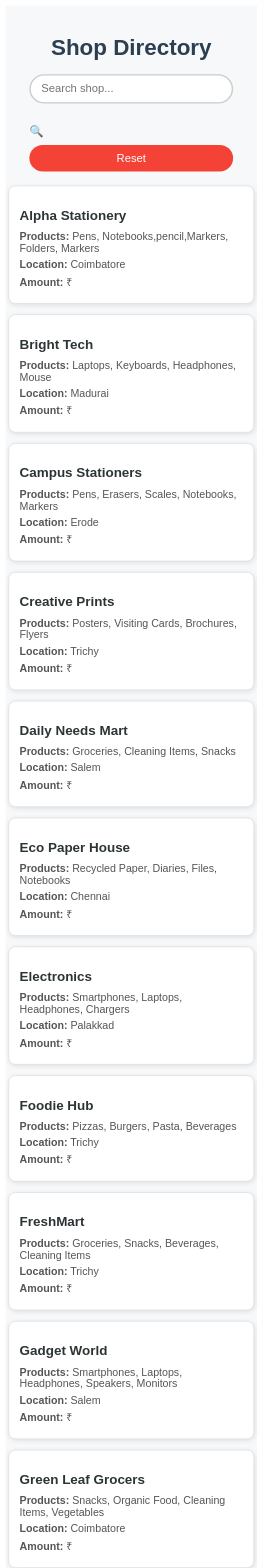
Repository: Pavithra-09git/CarSort
Page: /
An editor plug-in stored every save of this project. The page is shown before and after the next save, followed by the edit.
The browser window is 375 px wide. The page is 375 px wide, then 387 px, so the pictures cover 387 px, including what lies to the right of the window. The pictures show the part of the page from y = 0 to 2240 px (the page is 5728 px tall before and 5757 px after), at 70% of full size.
The project was rebuilt for these pictures with package versions that can differ from the ones it lists, and the page was loaded fresh each time. Also part of the build but not shown: vite.config.js.

Above is the page before, as saved 2025-10-26 12:50:11.

### index.html
<!doctype html>
<html lang="en">
  <head>
    <meta charset="UTF-8" />
    <link rel="icon" type="image/svg+xml" href="/vite.svg" />
    <meta name="viewport" content="width=device-width, initial-scale=1.0" />
    <title>table</title>
  </head>
  <body>
    <div id="root"></div>
    <script type="module" src="/src/main.jsx"></script>
  </body>
</html>

### src/App.jsx
import React, { useState } from "react";
import { shops } from './data';
import "./App.css";

function App() {
  const [search, setSearch] = useState("");
  const [filteredShops, setFilteredShops] = useState(null);

  const sortedShops = [...shops].sort((a, b) =>
    a.name.trim().toLowerCase().localeCompare(b.name.trim().toLowerCase())
  );

  const handleSearch = () => {
    if (!search.trim()) {
      setFilteredShops(null);
      return;
    }

    const result = sortedShops
      .filter(
        (shop) =>
          shop.name.toLowerCase().includes(search.toLowerCase().trim()) ||
          shop.products.toLowerCase().includes(search.toLowerCase().trim())
      )
      .sort((a, b) =>
        a.name.trim().toLowerCase().localeCompare(b.name.trim().toLowerCase())
      );

    setFilteredShops(result);
  };

  const handleReset = () => {
    setSearch("");
    setFilteredShops(null);
  };

  const displayShops = filteredShops || sortedShops;

  return (
    <div className="container">
      <h1>Shop Directory</h1>

     <div className="search-container">
  <div className="search-box-wrapper">
    <input
      type="text"
      placeholder="Search shop..."
      value={search}
      onChange={(e) => setSearch(e.target.value)}
      className="search-box"
    />
    <span className="search-icon" onClick={handleSearch}>🔍</span>
  </div>
  <button onClick={handleReset} className="reset-btn">Reset</button>
</div>


      <div className="card-column">
        {displayShops.map((shop) => (
          <div className="card" key={shop.id}>
            <h2>{shop.name}</h2>
            <p><strong>Products:</strong> {shop.products}</p>
            <p><strong>Location:</strong> {shop.location}</p>
            <p><strong>Amount:</strong> ₹{shop.amount}</p>
          </div>
        ))}
      </div>
    </div>
  );
}

export default App;

### src/data.js
export const shops = [
  { id: 1, name:"Alpha Stationery", products: "Pens, Notebooks,pencil,Markers, Folders, Markers", location: "Coimbatore" },
  { id: 2, name:"Eco Paper House", products: "Recycled Paper, Diaries, Files, Notebooks", location: "Chennai" },
  { id: 3, name:"Campus Stationers", products: "Pens, Erasers, Scales, Notebooks, Markers", location: "Erode" },
  { id: 4, name:"Paper World", products: "Files, Diaries, Folders, A4 Sheets, Notebooks", location: "Chennai" },
  { id: 5, name:"Office Essentials", products: "Pens, Files, Notebooks, Diaries, Staplers", location: "Madurai" },
  { id: 6, name:"Stationery Hub", products: "Pens, Notebooks, Pencils, Markers", location: "Palakkad" },
  { id: 7, name:"Notebook Planet", products: "Notebooks, Diaries,pencil Folders, Pens", location: "Palakkad" },
  { id: 8, name:"Bright Tech", products: "Laptops, Keyboards, Headphones, Mouse", location: "Madurai" },
  { id: 9, name: "Smart Gadgets Hub", products: "Smartphones, Chargers, Speakers, Headphones", location: "Coimbatore" },
  { id: 10, name:"Techno Zone", products: "Laptops, Mouse, Monitors, Chargers, Keyboards", location: "Trichy" },
  { id: 11, name:"Gadget World", products: "Smartphones, Laptops, Headphones, Speakers, Monitors", location: "Salem" },
  { id: 12, name: "Electronics", products: "Smartphones, Laptops, Headphones, Chargers", location: "Palakkad" },
  { id: 13, name:"Daily Needs Mart", products: "Groceries, Cleaning Items, Snacks", location: "Salem" },
  { id: 14, name:"Green Leaf Grocers", products: "Snacks, Organic Food, Cleaning Items, Vegetables", location: "Coimbatore" },
  { id: 15, name:"Home Essentials", products: "Cleaning Items, Groceries, Snacks, Toiletries", location: "Salem" },
  { id: 16, name:"QuickMart", products: "Groceries, Beverages, Snacks, Household Items", location: "Chennai" },
  { id: 17, name:"Grocery Hub", products: "Snacks, Beverages, Cleaning Items, Fresh Vegetables", location: "Palakkad" },
  { id: 18, name:"FreshMart", products: "Groceries, Snacks, Beverages, Cleaning Items", location: "Trichy" },
  { id: 19, name:"Tasty Treats", products: "Burgers, Pizzas, Sandwiches, Beverages", location: "Chennai" },
  { id: 20, name:"Healthy Bites", products: "Salads, Smoothies, Sandwiches, Juices", location: "Coimbatore" },
  { id: 21, name:"Foodie Hub", products: "Pizzas, Burgers, Pasta, Beverages", location: "Trichy" },
  { id: 22, name: "Snacks Corner", products: "Snacks, Beverages, Burgers, Sandwiches", location: "Palakkad" },
  { id: 23, name: "Snack Attack", products: "Burgers, Sandwiches, Fries, Beverages", location: "Madurai" },
  { id: 24, name: "Knowledge Academy", products: "Books, Stationery, Educational Kits", location: "Madurai" },
  { id: 25, name: "Smart Learning Center", products: "Books, Worksheets, Study Materials, Learning Kits", location: "Coimbatore" },
  { id: 26, name: "Learning Hub", products: "Books, Notebooks, Educational Games, Worksheets", location: "Palakkad" },
  { id: 27, name: "Study Smart", products: "Books, Worksheets, Notebooks, Study Kits", location: "Trichy" },
  { id: 28, name: "Creative Prints", products: "Posters, Visiting Cards, Brochures, Flyers", location: "Trichy" },
  { id: 29, name: "PrintCraft Studio", products: "Brochures, Business Cards, Posters, Flyers, Banners", location: "Coimbatore" },
  { id: 30, name: "Print Hub", products: "Business Cards, Brochures, Posters, Flyers", location: "Palakkad" }
];

### src/App.css
/* Main container */
.container {
  min-height: 100vh;
  background-color: #f7f8fa;
  display: flex;
  flex-direction: column;
  align-items: center;
  padding: 40px 20px;
  font-family: "Poppins", sans-serif;
}

/* Title */
h1 {
  color: #2c3e50;
  margin-bottom: 20px;
  font-size: 2rem;
  text-align: center;
}

/* Search bar */
.search-box {
  width: 100%;
  max-width: 400px;
  padding: 10px 15px;
  border: 1px solid #ccc;
  border-radius: 8px;
  outline: none;
  font-size: 16px;
  transition: 0.3s;
  margin-bottom: 30px;
}

.search-box:focus {
  border-color: #007bff;
  box-shadow: 0 0 5px rgba(0, 123, 255, 0.3);
}

/* Cards vertical layout */
.card-column {
  display: flex;
  flex-direction: column;
  align-items: center;
  gap: 20px;
  width: 100%;
  max-width: 700px;
}

/* Individual card */
.card {
  background-color: white;
  border-radius: 12px;
  box-shadow: 0 4px 10px rgba(0, 0, 0, 0.1);
  width: 100%;
  padding: 20px;
  transition: transform 0.3s ease, box-shadow 0.3s ease;
}

.card:hover {
  transform: translateY(-5px);
  box-shadow: 0 6px 15px rgba(0, 0, 0, 0.15);
}

/* Card text */
.card h2 {
  font-size: 1.2rem;
  color: #2d3436;
  margin-bottom: 10px;
}

.card p {
  font-size: 0.95rem;
  color: #555;
  margin: 6px 0;
}

/* No result text */
.no-result {
  color: #777;
  text-align: center;
  font-size: 1rem;
}
.container {
  max-width: 900px;
  margin: auto;
  padding: 20px;
  font-family: Arial, sans-serif;
}

.search-container {
  display: flex;
  align-items: center;
  gap: 10px;
  margin-bottom: 20px;
}

.search-box-wrapper {
  position: relative;
  flex: 1;
}

.search-box {
  width: 100%;
  padding: 10px 45px 10px 15px; /* extra right padding for icon */
  border: 2px solid #ccc;
  border-radius: 25px;
  font-size: 16px;
  box-sizing: border-box;
  transition: border 0.3s;
}

.search-box:focus {
  outline: none;
  border-color: #007bff;
}

/* Search icon inside input */
.search-btn {
  position: absolute;
  right: 5px;
  top: 50%;
  transform: translateY(-50%);
  background-color: #007bff;
  border: none;
  color: white;
  border-radius: 50%;
  width: 35px;
  height: 35px;
  cursor: pointer;
  font-size: 16px;
  display: flex;
  align-items: center;
  justify-content: center;
}

.search-btn:hover {
  background-color: #0056b3;
}

/* Reset button */
.reset-btn {
  padding: 10px 25px;
  background-color: #f44336;
  border: none;
  color: white;
  border-radius: 25px;
  cursor: pointer;
  font-size: 16px;
  transition: background 0.3s;
}

.reset-btn:hover {
  background-color: #c62828;
}

.card-column {
  display: flex;
  flex-direction: column;
  gap: 15px;
}

.card {
  padding: 15px;
  border: 1px solid #ddd;
  border-radius: 10px;
  box-shadow: 1px 2px 8px rgba(0,0,0,0.1);
  transition: transform 0.2s;
}

.card:hover {
  transform: scale(1.02);
}

/* Responsive */
@media (max-width: 600px) {
  .search-container {
    flex-direction: column;
  }
  .reset-btn {
    width: 100%;
  }
}

Loaded but not shown: src/main.jsx (common file)

After the next save:
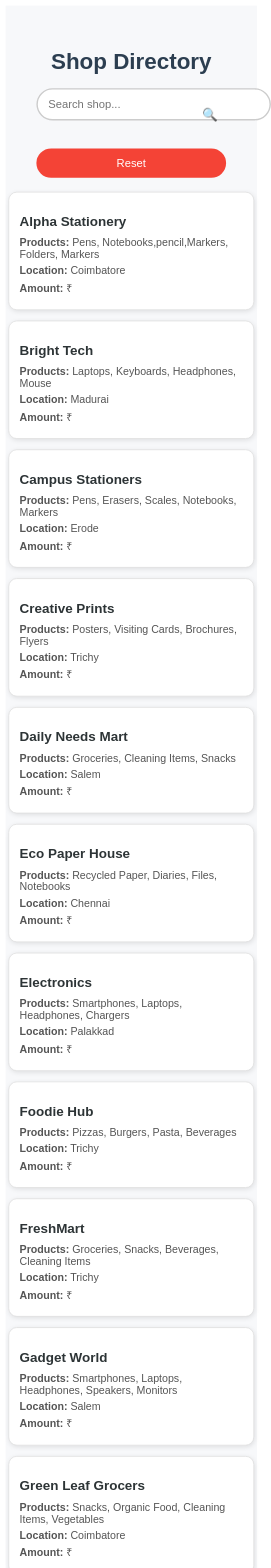
Saved 10 s later.
--- a/src/App.css
+++ b/src/App.css
@@ -79,33 +79,26 @@ h1 {
   text-align: center;
   font-size: 1rem;
 }
-.container {
-  max-width: 900px;
-  margin: auto;
-  padding: 20px;
-  font-family: Arial, sans-serif;
-}
-
 .search-container {
   display: flex;
-  align-items: center;
   gap: 10px;
   margin-bottom: 20px;
+  flex-wrap: wrap;
 }
 
 .search-box-wrapper {
   position: relative;
   flex: 1;
+  min-width: 250px;
 }
 
 .search-box {
   width: 100%;
-  padding: 10px 45px 10px 15px; /* extra right padding for icon */
+  padding: 12px 45px 12px 15px; /* space for icon */
+  border-radius: 30px;
   border: 2px solid #ccc;
-  border-radius: 25px;
   font-size: 16px;
-  box-sizing: border-box;
-  transition: border 0.3s;
+  transition: border-color 0.3s;
 }
 
 .search-box:focus {
@@ -114,44 +107,39 @@ h1 {
 }
 
 /* Search icon inside input */
-.search-btn {
+.search-icon {
   position: absolute;
-  right: 5px;
+  right: 12px;
   top: 50%;
   transform: translateY(-50%);
-  background-color: #007bff;
-  border: none;
-  color: white;
-  border-radius: 50%;
-  width: 35px;
-  height: 35px;
   cursor: pointer;
-  font-size: 16px;
-  display: flex;
-  align-items: center;
-  justify-content: center;
+  font-size: 18px;
+  color: #007bff;
+  transition: color 0.3s;
 }
 
-.search-btn:hover {
-  background-color: #0056b3;
+.search-icon:hover {
+  color: #0056b3;
 }
 
 /* Reset button */
 .reset-btn {
-  padding: 10px 25px;
+  padding: 12px 25px;
   background-color: #f44336;
   border: none;
   color: white;
-  border-radius: 25px;
+  border-radius: 30px;
   cursor: pointer;
   font-size: 16px;
   transition: background 0.3s;
+  min-width: 100px;
 }
 
 .reset-btn:hover {
   background-color: #c62828;
 }
 
+/* Cards */
 .card-column {
   display: flex;
   flex-direction: column;
@@ -161,7 +149,7 @@ h1 {
 .card {
   padding: 15px;
   border: 1px solid #ddd;
-  border-radius: 10px;
+  border-radius: 12px;
   box-shadow: 1px 2px 8px rgba(0,0,0,0.1);
   transition: transform 0.2s;
 }
@@ -174,6 +162,7 @@ h1 {
 @media (max-width: 600px) {
   .search-container {
     flex-direction: column;
+    gap: 10px;
   }
   .reset-btn {
     width: 100%;
